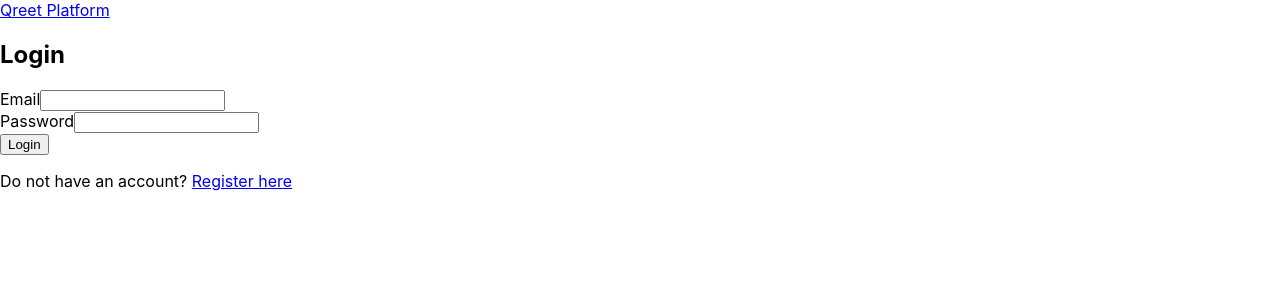
Repository: Ndegwa2/Soluschool
Page: /auth/login (app in frontend/)
These files come from the project's save history. The page is drawn as it stood at one moment and after the next save; the edit follows.
The browser window is 1280 px wide. The pictures show the whole page.
The project was rebuilt for these pictures with package versions that can differ from the ones it lists, and the page was loaded fresh each time. The framework's server and built-in components were replaced by stand-ins that run in the browser. Also part of the build but not shown: frontend/next.config.mjs. Imported but missing from the stored project, and not drawn on this page: frontend/lib/config.

Above is the page before, as saved 2025-10-04 10:02:29.

### frontend/pages/_app.js
import '../styles/globals.css'
import { AuthProvider } from '../lib/AuthContext'
import Header from '../components/layout/Header'

function MyApp({ Component, pageProps }) {
  return (
    <AuthProvider>
      <Header />
      <Component {...pageProps} />
    </AuthProvider>
  )
}

export default MyApp

### frontend/pages/auth/login.js
import { useRouter } from 'next/router'
import { useEffect } from 'react'
import AuthForm from '../../components/common/AuthForm'
import { isAuthenticated, getUserRole } from '../../lib/auth'

export default function Login() {
  const router = useRouter()

  useEffect(() => {
    if (isAuthenticated()) {
      const role = getUserRole()
      if (role === 'parent') {
        router.push('/dashboard')
      } else if (role === 'guard') {
        router.push('/qr-codes')
      } else if (role === 'admin') {
        router.push('/dashboard')
      }
    }
  }, [router])

  const handleSuccess = () => {
    const role = getUserRole()
    if (role === 'parent') {
      router.push('/dashboard')
    } else if (role === 'guard') {
      router.push('/qr-codes')
    } else if (role === 'admin') {
      router.push('/dashboard')
    }
  }

  return (
    <div className="min-h-screen flex items-center justify-center bg-gray-100">
      <div className="text-center">
        <AuthForm isLogin={true} onSuccess={handleSuccess} />
        <p className="mt-4 text-sm text-gray-600">
          Do not have an account?{' '}
          <a href="/auth/register" className="text-blue-500 hover:text-blue-700">
            Register here
          </a>
        </p>
      </div>
    </div>
  )
}

### frontend/lib/AuthContext.js
import { createContext, useContext, useState, useEffect } from 'react'
import { isAuthenticated, getUserRole, logout } from './auth'

const AuthContext = createContext()

export const useAuth = () => useContext(AuthContext)

export const AuthProvider = ({ children }) => {
  const [isAuth, setIsAuth] = useState(false)
  const [role, setRole] = useState(null)

  useEffect(() => {
    setIsAuth(isAuthenticated())
    setRole(getUserRole())
  }, [])

  const handleLogout = () => {
    logout()
    setIsAuth(false)
    setRole(null)
  }

  return (
    <AuthContext.Provider value={{ isAuth, role, logout: handleLogout }}>
      {children}
    </AuthContext.Provider>
  )
}

### frontend/components/layout/Header.js
import React from 'react'
import Link from 'next/link'
import { useAuth } from '../../lib/AuthContext'

const Header = () => {
  const { isAuth, role, logout } = useAuth()

  return (
    <header className="bg-blue-600 text-white shadow">
      <div className="max-w-7xl mx-auto px-4">
        <div className="flex justify-between items-center py-4">
          <Link href="/" className="text-xl font-bold">
            Qreet Platform
          </Link>
          {isAuth && role === 'parent' && (
            <nav className="flex space-x-4">
              <Link href="/dashboard" className="hover:text-blue-200">Dashboard</Link>
              <Link href="/children" className="hover:text-blue-200">Children</Link>
              <Link href="/qr-codes" className="hover:text-blue-200">QR Codes</Link>
              <Link href="/history" className="hover:text-blue-200">History</Link>
              <button onClick={logout} className="hover:text-blue-200">Logout</button>
            </nav>
          )}
        </div>
      </div>
    </header>
  )
}

export default Header

### frontend/components/common/AuthForm.js
import { useState } from 'react'
import { useForm } from 'react-hook-form'
import { apiClient } from '../../lib/api'
import { login } from '../../lib/auth'

const AuthForm = ({ isLogin = true, onSuccess }) => {
  const [error, setError] = useState('')
  const [loading, setLoading] = useState(false)
  const { register, handleSubmit, formState: { errors } } = useForm()

  const onSubmit = async (data) => {
    setError('')
    setLoading(true)
    try {
      const endpoint = isLogin ? '/api/auth/login' : '/api/auth/register'
      const response = await apiClient.post(endpoint, data, false) // no auth for auth endpoints
      login(response.token)
      onSuccess && onSuccess()
    } catch (err) {
      setError(err.message || 'An error occurred')
    } finally {
      setLoading(false)
    }
  }

  return (
    <div className="max-w-md mx-auto bg-white p-6 rounded-lg shadow-md">
      <h2 className="text-2xl font-bold mb-4">{isLogin ? 'Login' : 'Register'}</h2>
      <form onSubmit={handleSubmit(onSubmit)} className="space-y-4">
        {!isLogin && (
          <>
            <div>
              <label className="block text-sm font-medium">Name</label>
              <input
                {...register('name', { required: 'Name is required' })}
                className="w-full p-2 border rounded"
                type="text"
              />
              {errors.name && <p className="text-red-500 text-sm">{errors.name.message}</p>}
            </div>
            <div>
              <label className="block text-sm font-medium">Phone</label>
              <input
                {...register('phone', { required: 'Phone is required' })}
                className="w-full p-2 border rounded"
                type="tel"
              />
              {errors.phone && <p className="text-red-500 text-sm">{errors.phone.message}</p>}
            </div>
            <div>
              <label className="block text-sm font-medium">Role</label>
              <select
                {...register('role', { required: 'Role is required' })}
                className="w-full p-2 border rounded"
              >
                <option value="">Select Role</option>
                <option value="parent">Parent</option>
                <option value="guard">Guard</option>
                <option value="admin">Admin</option>
              </select>
              {errors.role && <p className="text-red-500 text-sm">{errors.role.message}</p>}
            </div>
          </>
        )}
        <div>
          <label className="block text-sm font-medium">Email</label>
          <input
            {...register('email', { required: 'Email is required' })}
            className="w-full p-2 border rounded"
            type="email"
          />
          {errors.email && <p className="text-red-500 text-sm">{errors.email.message}</p>}
        </div>
        <div>
          <label className="block text-sm font-medium">Password</label>
          <input
            {...register('password', { required: 'Password is required' })}
            className="w-full p-2 border rounded"
            type="password"
          />
          {errors.password && <p className="text-red-500 text-sm">{errors.password.message}</p>}
        </div>
        {error && <p className="text-red-500">{error}</p>}
        <button
          type="submit"
          disabled={loading}
          className="w-full bg-blue-500 text-white p-2 rounded hover:bg-blue-600 disabled:opacity-50"
        >
          {loading ? 'Loading...' : (isLogin ? 'Login' : 'Register')}
        </button>
      </form>
    </div>
  )
}

export default AuthForm

### frontend/lib/auth.js
import { jwtDecode } from 'jwt-decode'

export const isAuthenticated = () => {
  const token = localStorage.getItem('token')
  if (!token) return false
  try {
    const decoded = jwtDecode(token)
    return decoded.exp * 1000 > Date.now()
  } catch {
    return false
  }
}

export const getToken = () => {
  return localStorage.getItem('token')
}

export const getUserRole = () => {
  const token = getToken()
  if (!token) return null
  try {
    const decoded = jwtDecode(token)
    return decoded.role
  } catch {
    return null
  }
}

export const login = (token) => {
  localStorage.setItem('token', token)
}

export const logout = () => {
  localStorage.removeItem('token')
}

### frontend/lib/api.js
import { API_URL } from './config'
import { getToken } from './auth'

const getHeaders = (includeAuth = true) => {
  const headers = { 'Content-Type': 'application/json' }
  if (includeAuth) {
    const token = getToken()
    if (token) {
      headers.Authorization = `Bearer ${token}`
    }
  }
  return headers
}

export const apiClient = {
  get: async (endpoint, includeAuth = true) => {
    const res = await fetch(`${API_URL}${endpoint}`, {
      headers: getHeaders(includeAuth)
    })
    if (!res.ok) {
      throw new Error(`API Error: ${res.status} ${res.statusText}`)
    }
    return res.json()
  },
  post: async (endpoint, data, includeAuth = true) => {
    const res = await fetch(`${API_URL}${endpoint}`, {
      method: 'POST',
      headers: getHeaders(includeAuth),
      body: JSON.stringify(data)
    })
    if (!res.ok) {
      throw new Error(`API Error: ${res.status} ${res.statusText}`)
    }
    return res.json()
  },
  put: async (endpoint, data, includeAuth = true) => {
    const res = await fetch(`${API_URL}${endpoint}`, {
      method: 'PUT',
      headers: getHeaders(includeAuth),
      body: JSON.stringify(data)
    })
    if (!res.ok) {
      throw new Error(`API Error: ${res.status} ${res.statusText}`)
    }
    return res.json()
  },
  delete: async (endpoint, includeAuth = true) => {
    const res = await fetch(`${API_URL}${endpoint}`, {
      method: 'DELETE',
      headers: getHeaders(includeAuth)
    })
    if (!res.ok) {
      throw new Error(`API Error: ${res.status} ${res.statusText}`)
    }
    return res.json()
  }
}

Loaded but not shown: frontend/styles/globals.css (common file)

After the next save:
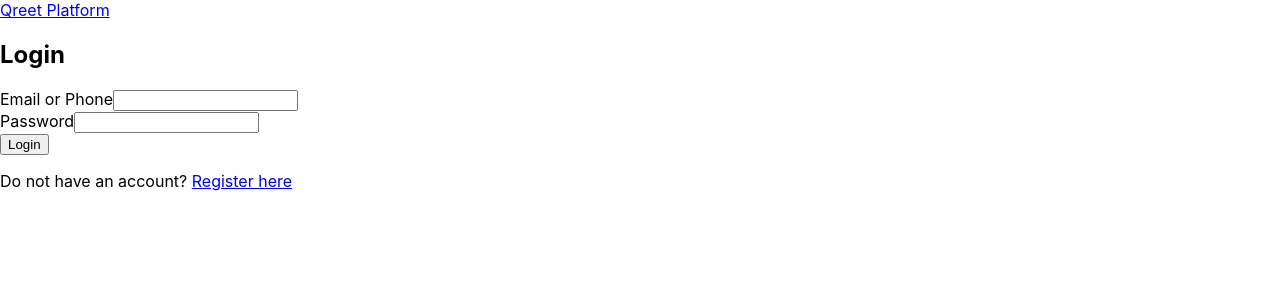
Saved 112 s later.
--- a/frontend/components/common/AuthForm.js
+++ b/frontend/components/common/AuthForm.js
@@ -63,13 +63,13 @@
           </>
         )}
         <div>
-          <label className="block text-sm font-medium">Email</label>
+          <label className="block text-sm font-medium">Email or Phone</label>
           <input
-            {...register('email', { required: 'Email is required' })}
+            {...register('phone_or_email', { required: 'Email or Phone is required' })}
             className="w-full p-2 border rounded"
-            type="email"
+            type="text"
           />
-          {errors.email && <p className="text-red-500 text-sm">{errors.email.message}</p>}
+          {errors.phone_or_email && <p className="text-red-500 text-sm">{errors.phone_or_email.message}</p>}
         </div>
         <div>
           <label className="block text-sm font-medium">Password</label>

After the save that followed:
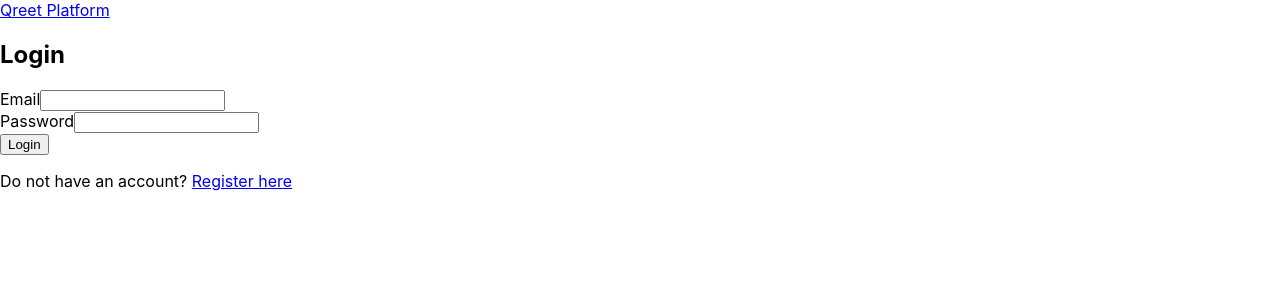
Saved 3 min 21 s later.
--- a/frontend/components/common/AuthForm.js
+++ b/frontend/components/common/AuthForm.js
@@ -63,13 +63,13 @@
           </>
         )}
         <div>
-          <label className="block text-sm font-medium">Email or Phone</label>
+          <label className="block text-sm font-medium">Email</label>
           <input
-            {...register('phone_or_email', { required: 'Email or Phone is required' })}
+            {...register('email', { required: 'Email is required' })}
             className="w-full p-2 border rounded"
-            type="text"
+            type="email"
           />
-          {errors.phone_or_email && <p className="text-red-500 text-sm">{errors.phone_or_email.message}</p>}
+          {errors.email && <p className="text-red-500 text-sm">{errors.email.message}</p>}
         </div>
         <div>
           <label className="block text-sm font-medium">Password</label>
